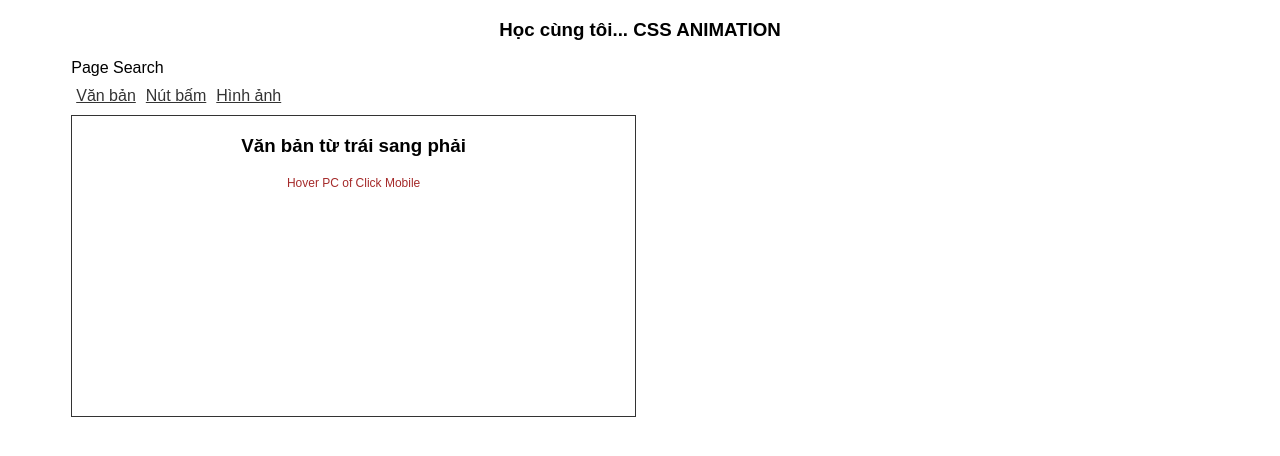
Repository: phuchoa2001/cssanimationNextjs
Page: /
An editor plug-in stored every save of this project. The page is shown before and after the next save, followed by the edit.
The browser window is 1280 px wide. The pictures show the whole page.
The project was rebuilt for these pictures with package versions that can differ from the ones it lists, and the page was loaded fresh each time. The framework's server and built-in components were replaced by stand-ins that run in the browser. Also part of the build but not shown: next.config.js.

Above is the page before, as saved 2022-09-14 18:14:54.

After the next save:
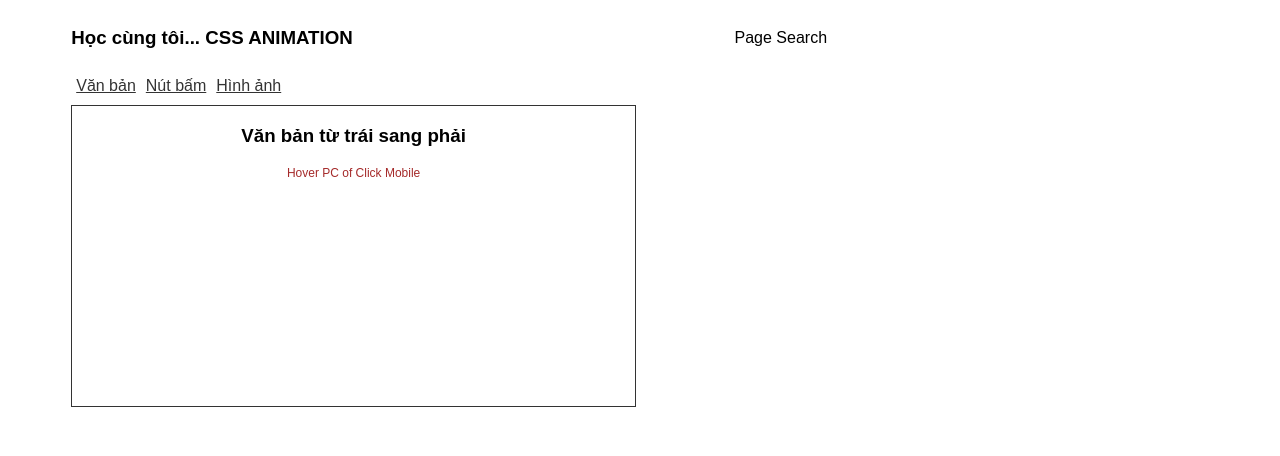
Saved 68 s later.
--- a/styles/globals.css
+++ b/styles/globals.css
@@ -20,6 +20,11 @@ body {
 .text {
   text-align: center;
 }
+.header {
+  display: flex;
+  width: 100%;
+  justify-content: center;
+}
 .listLink {
   margin: 10px 0px;
 }
